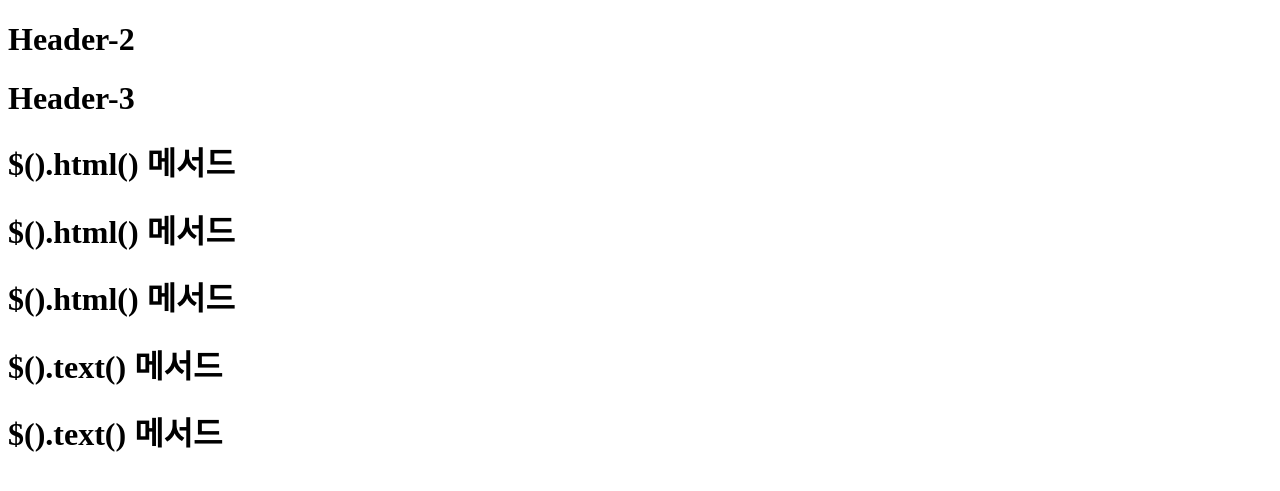
Repository: Junhee1412/front_end_practice
Page: jquery, bootstrap/js01_jquery/public/js14_inner.html
An editor plug-in stored every save of this project. The page is shown before and after the next save, followed by the edit.
The browser window is 1280 px wide. The pictures show the whole page.

Above is the page before, as saved 2022-11-14 07:25:32.

After the next save:
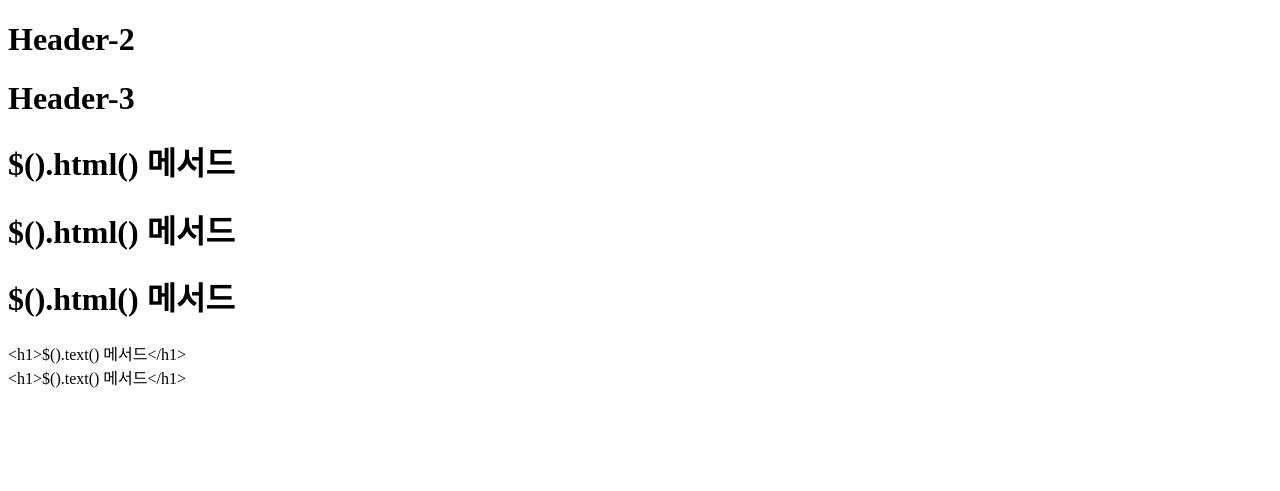
Saved 11 s later.
--- a/jquery, bootstrap/js01_jquery/public/js14_inner.html
+++ b/jquery, bootstrap/js01_jquery/public/js14_inner.html
@@ -16,7 +16,7 @@
 			//문서객체 추가하기
 			$('div.html').html('<h1>$().html() 메서드</h1>');
 			//문서객체 내부에 문자열 추가
-			$('div.text').html('<h1>$().text() 메서드</h1>');
+			$('div.text').text('<h1>$().text() 메서드</h1>');
 			//3. remove() : 문서객체를 삭제
 			$('h1').first().remove();
 			//4. empty() : 문서객체 내부문자를 삭제
